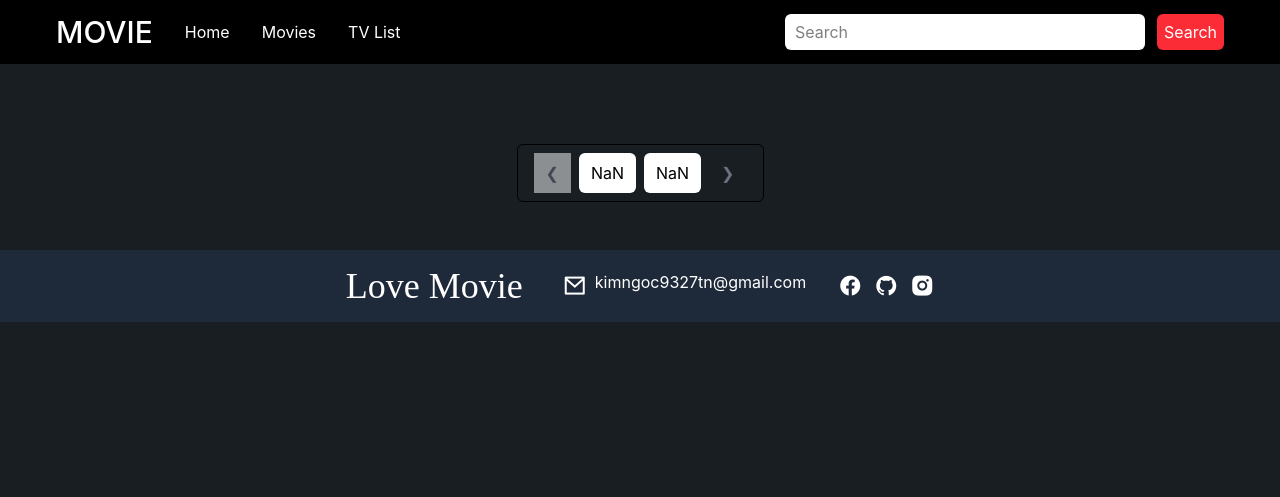
Repository: kimngoc9327/Love_Movie_Project
Page: /movieCategory
An editor plug-in stored every save of this project. The page is shown before and after the next save, followed by the edit.
The browser window is 1280 px wide. The pictures show the whole page.
The page's requests for data from a server got no answer. The project was rebuilt for these pictures with package versions that can differ from the ones it lists, and the page was loaded fresh each time. No one was signed in, and anything a server would have sent is missing. Also part of the build but not shown: vite.config.js, src/components/ui/VoteAverage.jsx, src/components/ui/MovieCard.jsx, src/components/ui/MovieList.jsx, src/components/ui/Banner.jsx, src/pages/Home.jsx, src/components/ui/PlayTrailerButton.jsx, src/components/ui/MovieDetails.jsx and 6 more.

Above is the page before, as saved 2025-03-29 18:30:57.

After the next save:
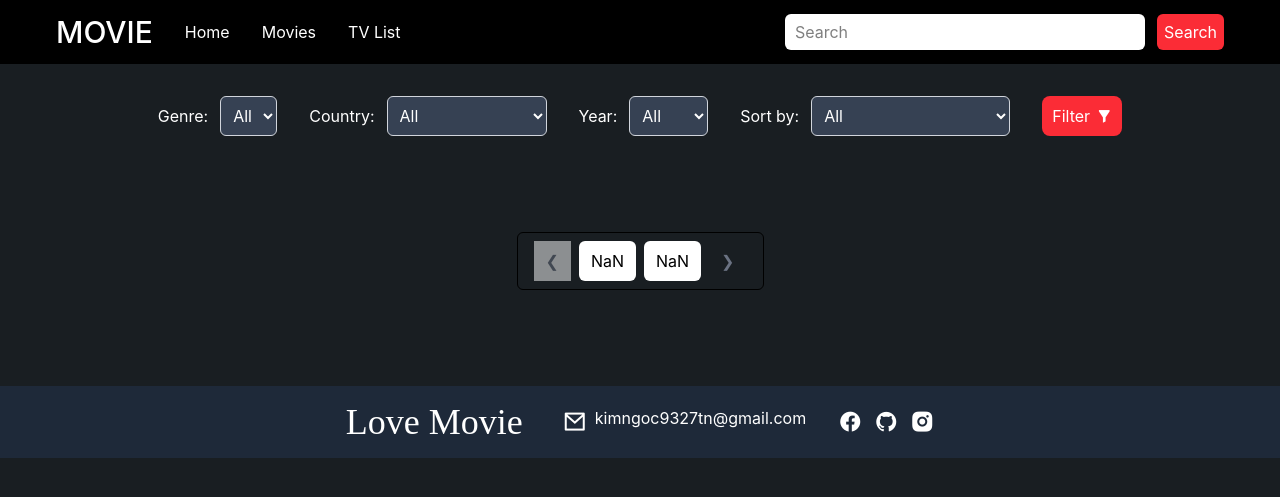
Saved 30 s later.
--- a/src/pages/MovieCategory.jsx
+++ b/src/pages/MovieCategory.jsx
@@ -5,6 +5,7 @@ import { getMovies } from "../redux/actions/movieActions";
 import MovieCard from "../components/ui/MovieCard";
 import { POSTER_PATH } from "../constants/constants";
 import PaginationButton from "../components/ui/PaginationButton";
+import MovieFilterBar from "../components/ui/MovieFilterBar";
 
 function MovieCategory() {
   const dispatch = useDispatch();
@@ -26,8 +27,9 @@ function MovieCategory() {
   const totalPages = movies?.total_pages;
 
   return (
-    <div className="flex flex-col items-center">
-      <div className="grid grid-cols-4 gap-8 m-24 mb-12">
+    <div className="flex flex-col items-center m-24">
+      <MovieFilterBar />
+      <div className="grid grid-cols-4 gap-8  my-12">
         {movies?.results
           ?.filter((movie) => movie.title && movie.poster_path)
           .map((movie) => (
